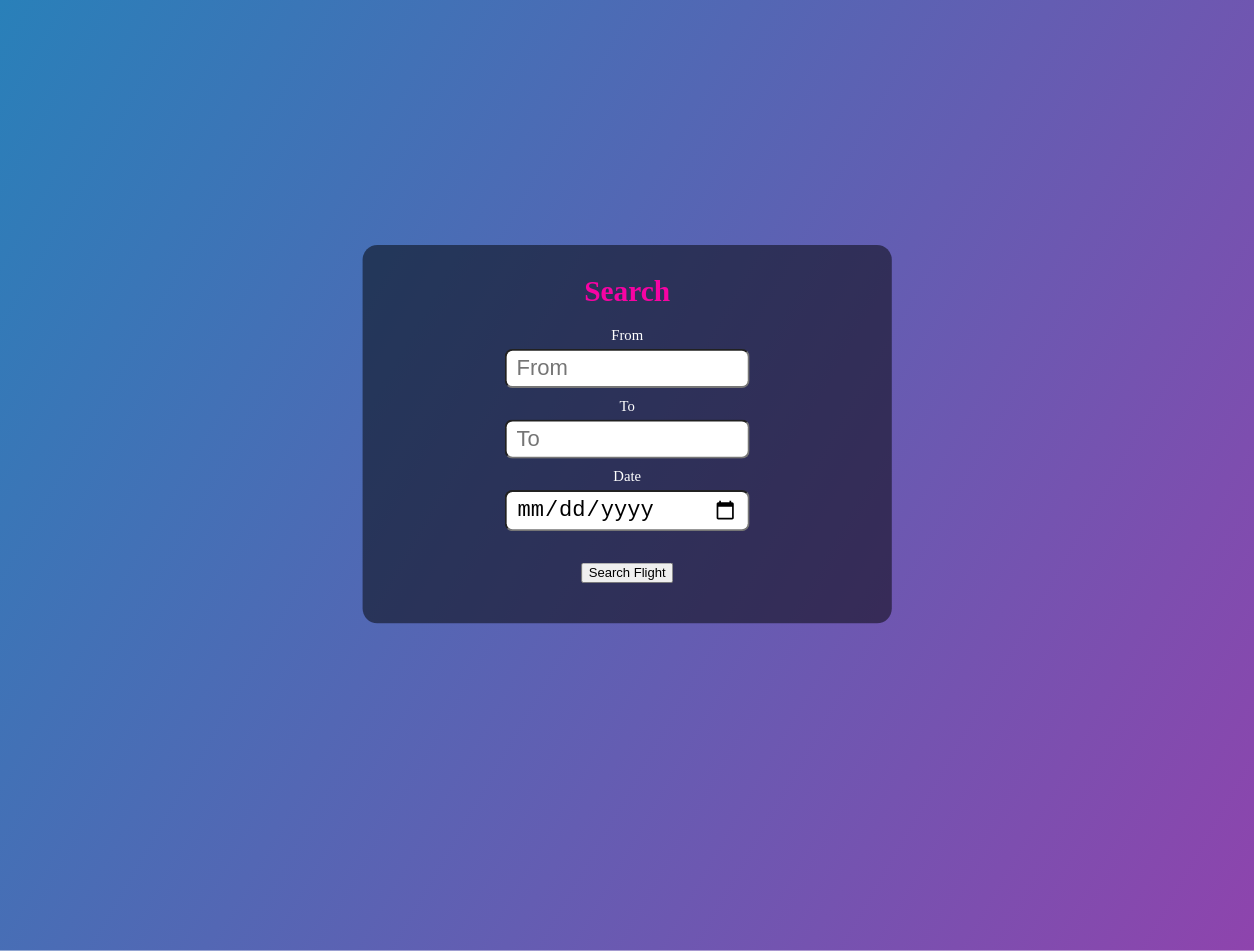
Repository: kalpesh3070/backend2
Page: flyaway/src/main/webapp/Home.html
The author's editor kept a copy of each file at every save. The page is drawn from the files as they stood at one save, then again after the next save.
The browser window is 1280 px wide. The pictures show the whole page, at 98% of full size.

Above is the page before, as saved 2022-11-13 19:09:07.

### flyaway/src/main/webapp/Home.html
<!DOCTYPE html>
<html>
<head>
<meta charset="ISO-8859-1">
<link rel="stylesheet" href="home.css">
<title>Go Airways</title>
</head>
<body>
<form action="search">
<div class="lable">
<center>


<h1>Search</h1>
<div class= "body">

<lable for="from" >From</lable>
<div class="input">
<input  type="text" name="from" placeholder="From"><br>
</div>

<div class="input">
<lable for="to">To</lable>
<input type="text" name="To" placeholder="To"><br>
</div>

<div class="input">
<lable>Date</lable><input type="date" name="date"><br>
</div>

<div class="submit">
<input type="submit" value="Search Flight">
</div>

</div>
</div>
</form>
</center>
</div>
</body>
</html>

### flyaway/src/main/webapp/home.css
@charset "ISO-8859-1";
body{
margin: 0;
padding: 0;
font-family: montserrat;
background: linear-gradient(120deg,#2980b9,#8e44ad);
height: 100vh;
overflow:hidden;
}

.lable{
width : 500px;
background-color: rgba(0,0,0,.5);
padding:10px 20px 30px;
margin:250px auto;
color:white;
font-size:15px;
border-radius: 15px;

}

.lable h1{
	color:#f603a3;
	text-align: center;
}

.lable lable{
	display:block;
}

.input input{

	width:50%;
	font-size:1.5em;
	box-shadow: 2px;
	border-radius: 8px;
	padding: 5px 10px;
	box-sizing: border-box;
	margin:5px 0px 10px;
}
.submit{
	text-align: center;
	margin:10px 0px 10px;
	width:50%;
	font-size:2em;








}

After the next save:
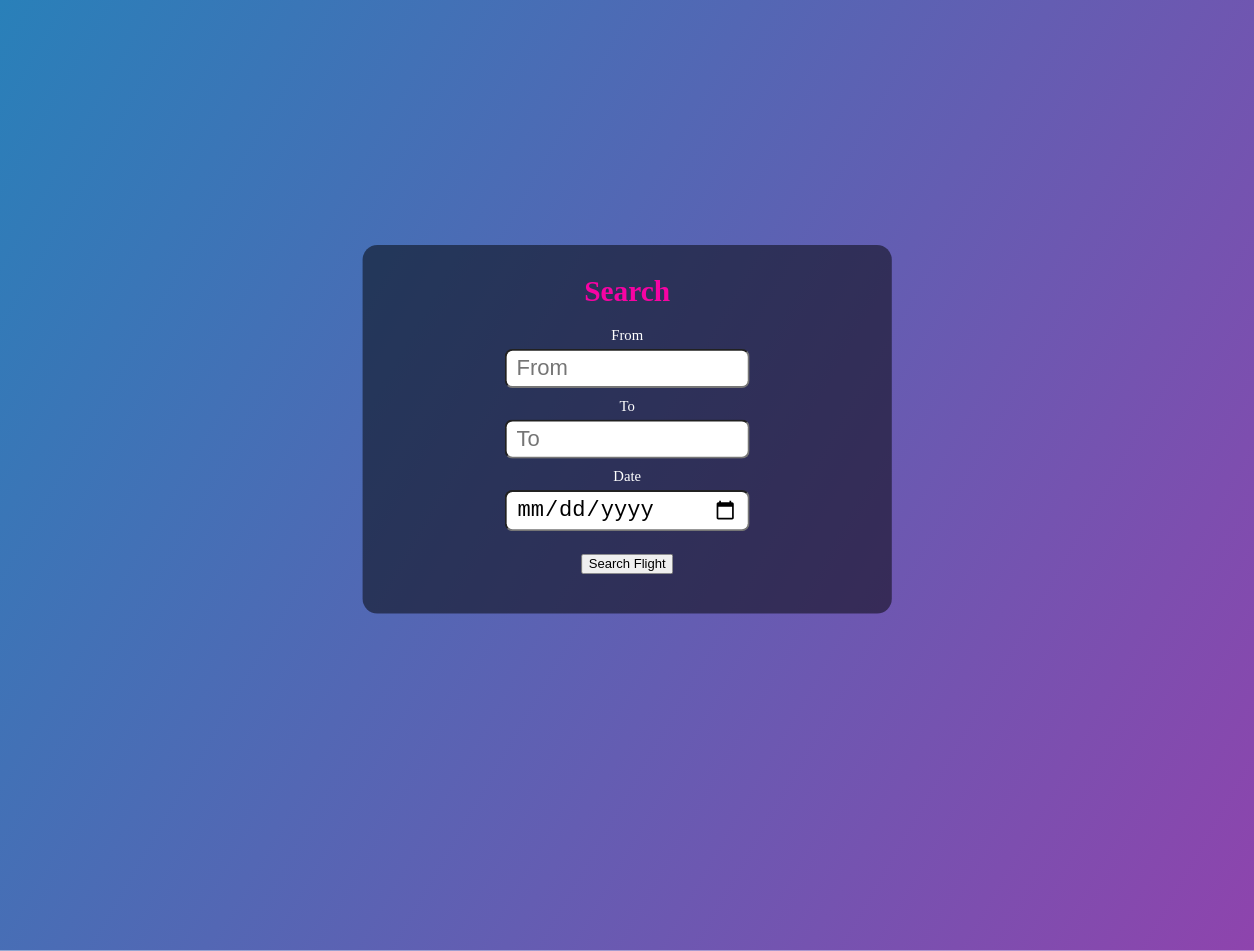
Saved 16 s later.
--- a/flyaway/src/main/webapp/home.css
+++ b/flyaway/src/main/webapp/home.css
@@ -42,7 +42,7 @@
 	text-align: center;
 	margin:10px 0px 10px;
 	width:50%;
-	font-size:2em;
+	font-size:20px;
 
 
 

After the save that followed:
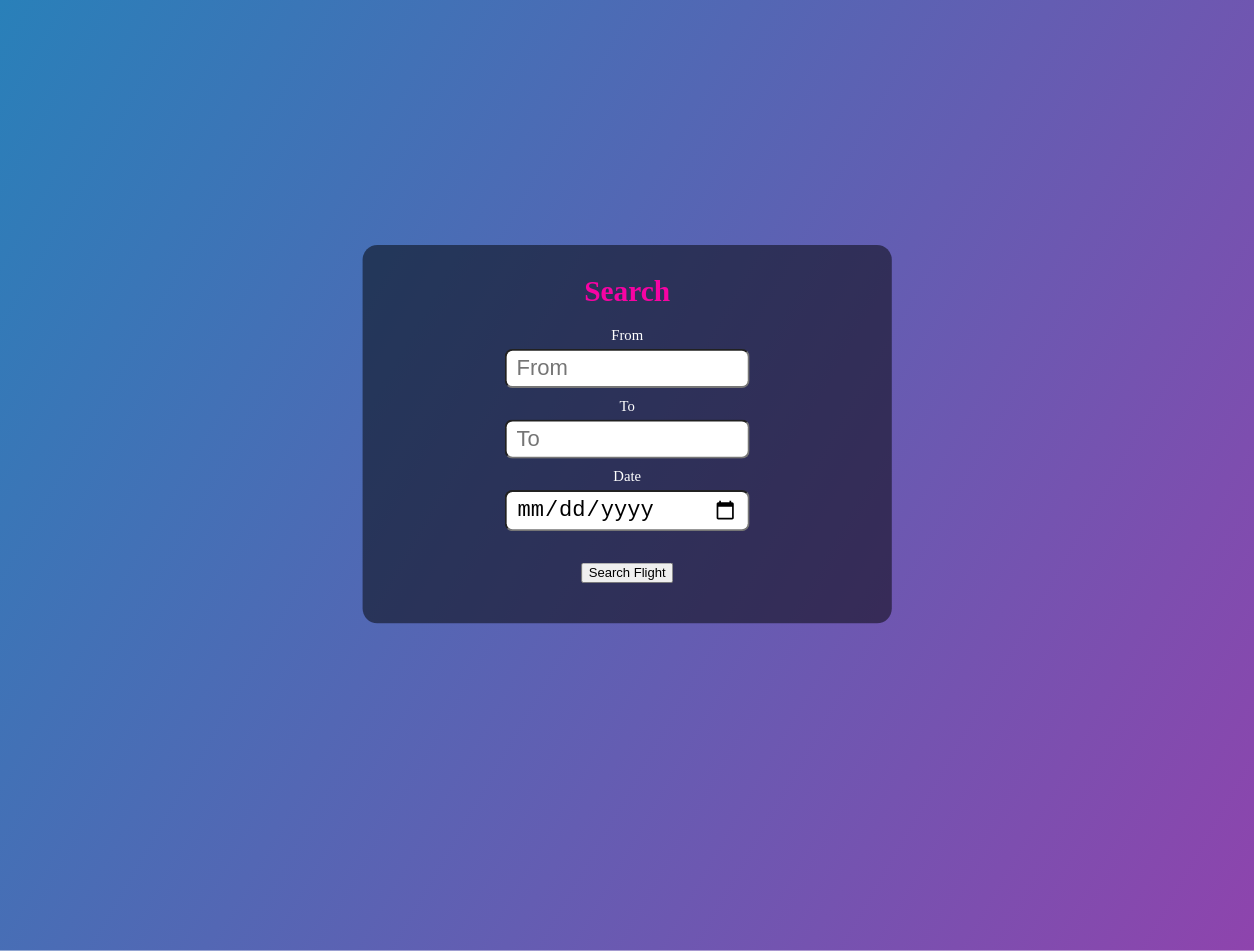
Saved 10 s later.
--- a/flyaway/src/main/webapp/home.css
+++ b/flyaway/src/main/webapp/home.css
@@ -42,7 +42,7 @@
 	text-align: center;
 	margin:10px 0px 10px;
 	width:50%;
-	font-size:20px;
+	font-size:30px;
 
 
 
